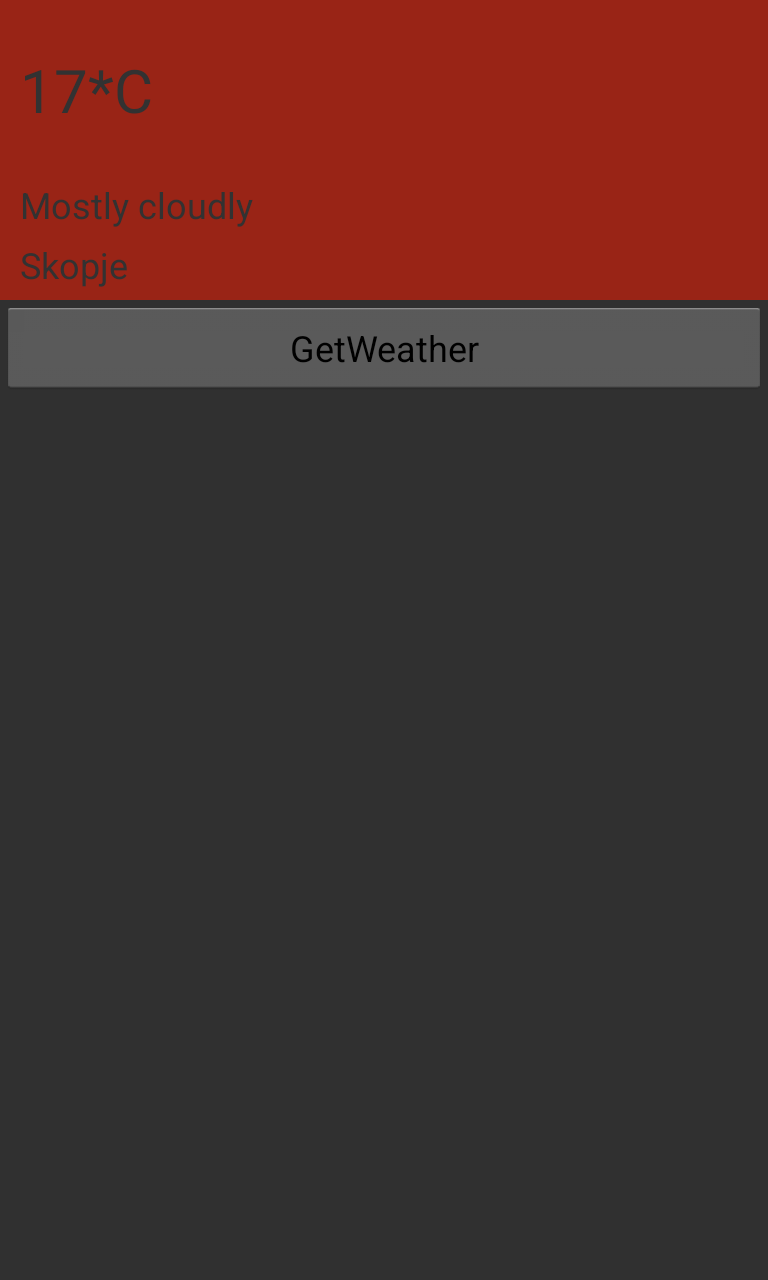
Repository: randhika/WeatherApp
Layout: WeatherApp/res/layout/home_fragment_layout.xml
An editor plug-in stored every save of this project. The layout is shown before and after the next save, followed by the edit.
It is drawn on a 768 x 1280 px phone screen (xhdpi) without system bars, with theme AppTheme; the app's code is not run.

Above is the layout before, as saved 2014-04-27 10:41:17.

### WeatherApp/res/layout/home_fragment_layout.xml
<?xml version="1.0" encoding="utf-8"?>
<LinearLayout xmlns:android="http://schemas.android.com/apk/res/android"
    android:layout_width="match_parent"
    android:layout_height="match_parent"
    android:background="@color/list_background"
    android:orientation="vertical" >

    <LinearLayout
        android:layout_width="match_parent"
        android:layout_height="150dp"
        android:background="@color/list_background_pressed"
        android:paddingLeft="10dp"
        android:orientation="vertical" >

        <TextView
            android:id="@+id/tv_temperature"
            android:layout_width="match_parent"
            android:layout_height="0dp"
            android:textSize="30sp"
            android:gravity="center_vertical"
            android:text="17*C"
            android:layout_weight="0.3" />

        <TextView
            android:id="@+id/tv_weather_stat"
            android:layout_width="match_parent"
            android:layout_height="0dp"
            android:textSize="18sp"
            android:layout_gravity="center_vertical"
            android:text="Mostly cloudly"
            android:layout_weight="0.1" />

        <TextView
            android:id="@+id/tv_current_city"
            android:layout_width="match_parent"
            android:layout_height="0dp"
            android:textSize="18sp"
            android:text="Skopje"
            android:layout_gravity="center_vertical"
            android:layout_weight="0.1" />


    </LinearLayout>

    <Button
        android:id="@+id/btn_get_weather"
        android:layout_width="match_parent"
        android:layout_height="48dp"
        android:layout_gravity="center"
        android:text="GetWeather" />

</LinearLayout>

Loaded but not shown: WeatherApp/res/values/styles.xml (common file); WeatherApp/res/values-v11/styles.xml (common file); WeatherApp/res/values-v14/styles.xml (common file); WeatherApp/res/values/color.xml (common file)

After the next save:
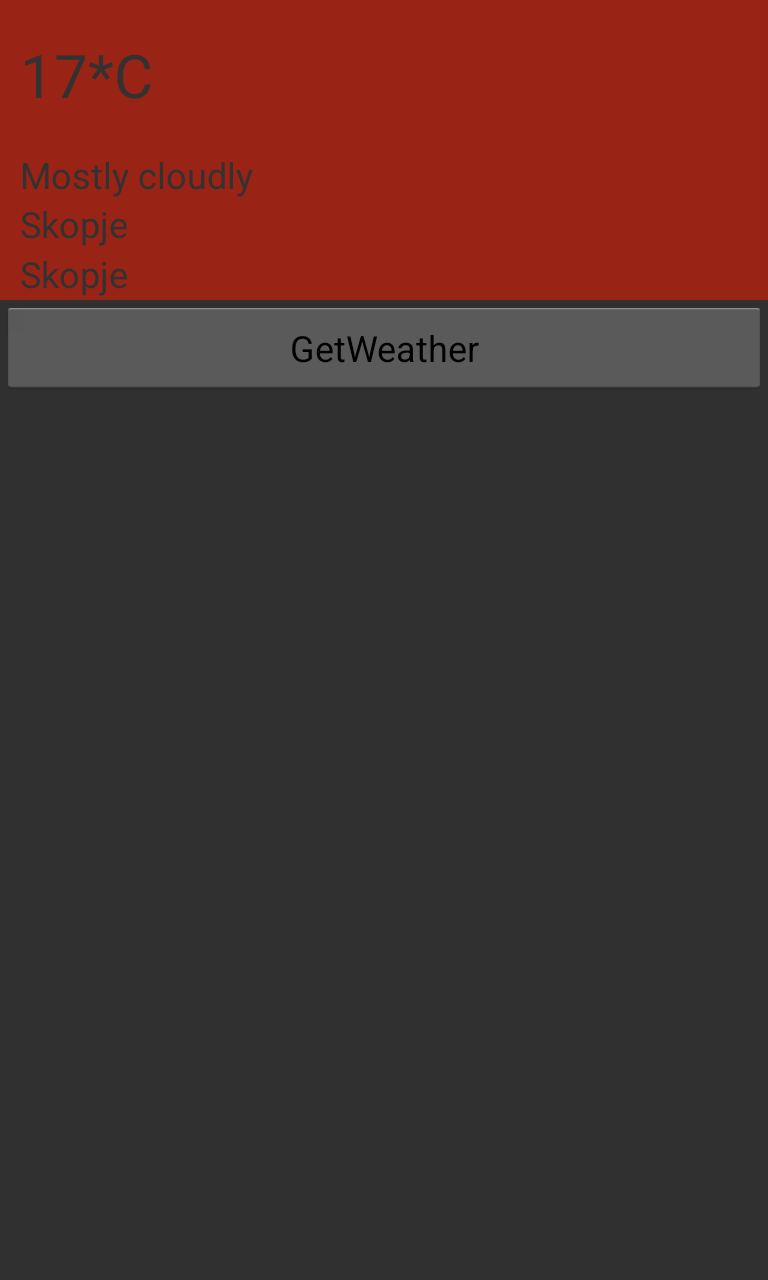
Saved 39 s later.
--- a/WeatherApp/res/layout/home_fragment_layout.xml
+++ b/WeatherApp/res/layout/home_fragment_layout.xml
@@ -39,6 +39,14 @@
             android:layout_gravity="center_vertical"
             android:layout_weight="0.1" />
 
+                <TextView
+            android:id="@+id/tv_current_city"
+            android:layout_width="match_parent"
+            android:layout_height="0dp"
+            android:textSize="18sp"
+            android:text="Skopje"
+            android:layout_gravity="center_vertical"
+            android:layout_weight="0.1" />
 
     </LinearLayout>
 
